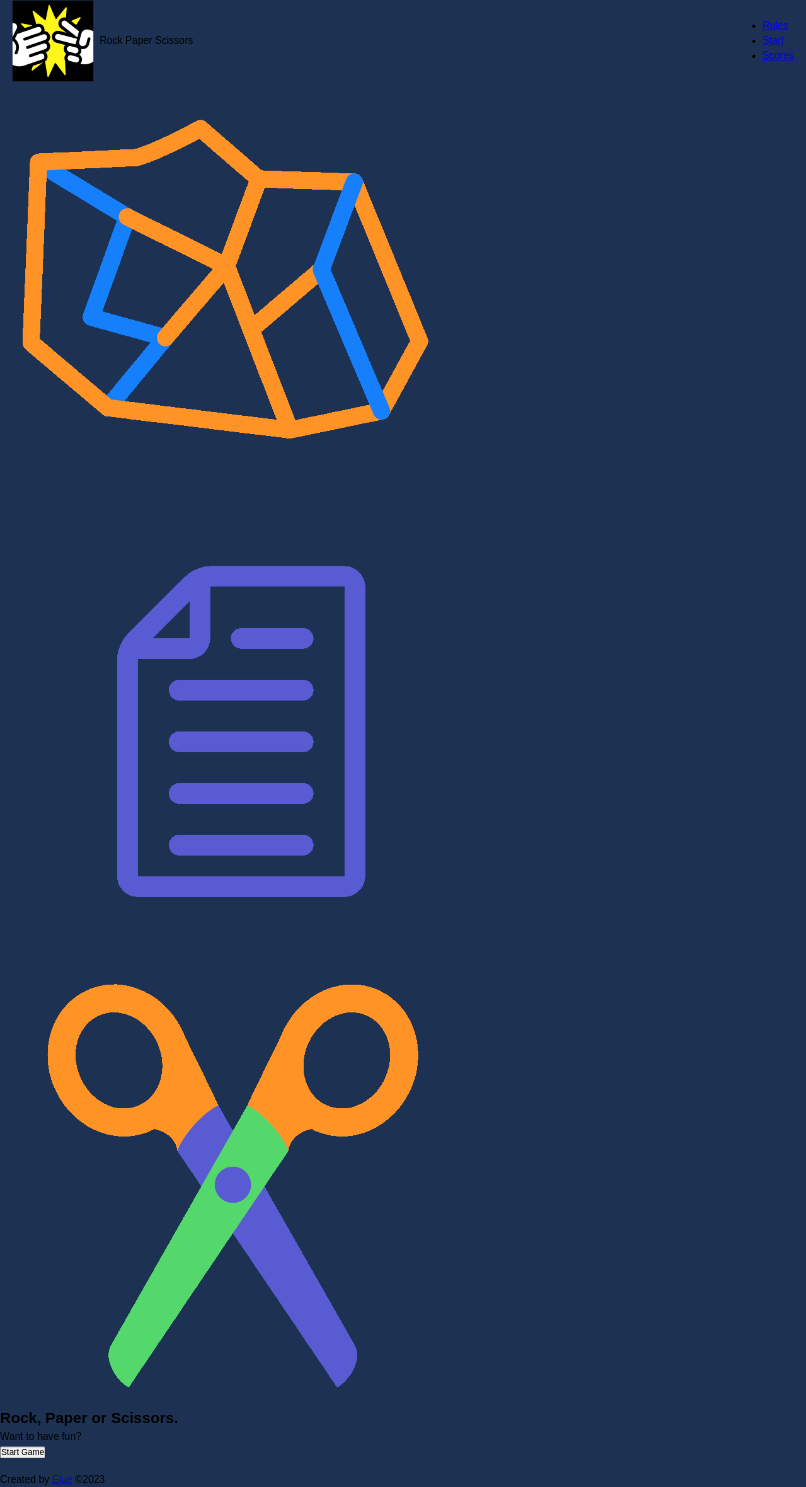
Repository: MikkyPrestige/rock-paper-scissors
Page: index.html
An editor plug-in stored every save of this project. The page is shown before and after the next save, followed by the edit.
The browser window is 1280 px wide. The pictures show the whole page, at 63% of full size.

Above is the page before, as saved 2023-05-08 04:08:54.

### index.html
<!DOCTYPE html>
<html lang="en">

<head>
  <meta charset="UTF-8">
  <meta http-equiv="X-UA-Compatible" content="IE=edge">
  <meta name="viewport" content="width=device-width, initial-scale=1.0">
  <title>Rock, Paper or Scissors Game</title>
  <link rel="stylesheet" href="./index.css">
  <!-- <script src="./index.js" defer></script> -->
</head>

<body>
  <main>
    <header>
      <figure>
        <img src="./img/logo.png" alt="Logo" class="logo">
        <figcaption>Rock Paper Scissors</figcaption>
      </figure>
      <nav>
        <ul>
          <li><a href="#">Rules</a></li>
          <li><a href="#">Start</a></li>
          <li><a href="#">Scores</a></li>
        </ul>
      </nav>
    </header>
    <section class="home">
      <div class="images">
        <img src="./img/Rock.gif" alt="Rock image" class="img">
        <img src="./img/Paper.gif" alt="Paper image" class="img">
        <img src="./img/Scissors.gif" alt="Scissors image" class="img">
      </div>
      <div class="content">
        <h1>Rock, Paper or Scissors.</h1>
        <p>Want to have <span>fun?</span></p>
        <button type="submit" class="btn">Start Game</button>
    </section>

    <footer>
      <p>Created by <a href="#" target="_blank">Elue</a> &copy;2023</p>
    </footer>
  </main>
</body>

</html>

### index.css
*,
*::after,
*::before {
  box-sizing: border-box;
  margin: 0;
  padding: 0;
}

html {
  font-size: 62.5%;
}

body {
  font-family: "Fira Sans", sans-serif;
  font-size: 1.6rem;
  line-height: 1.5;
  background: rgba(29, 50, 83, 1);
  width: 100%;
  height: 100%;
}

main {
  display: flex;
  flex-direction: column;
  justify-content: center;
  gap: 2rem;
  height: 100%;
  width: 100%;
}

header {
  display: flex;
  justify-content: space-between;
  align-items: center;
  padding: 1rem 2rem;
  width: 100%;
  height: 3rem;
  margin-top: 5rem;
}

figure {
  display: flex;
  align-items: center;
  gap: 1rem;
}

After the next save:
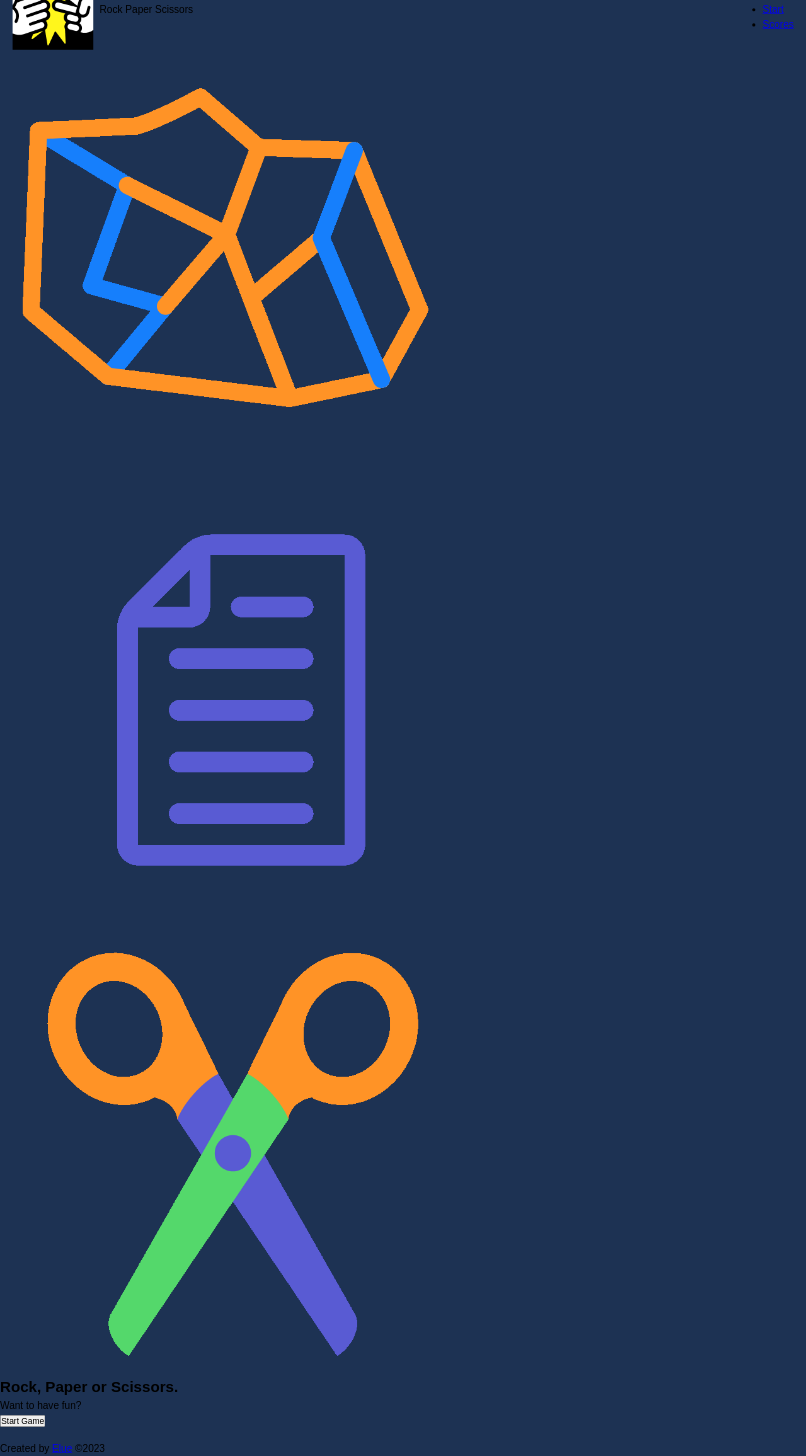
Saved 10 s later.
--- a/index.css
+++ b/index.css
@@ -35,7 +35,7 @@ header {
   padding: 1rem 2rem;
   width: 100%;
   height: 3rem;
-  margin-top: 5rem;
+  /* margin-top: 5rem; */
 }
 
 figure {
